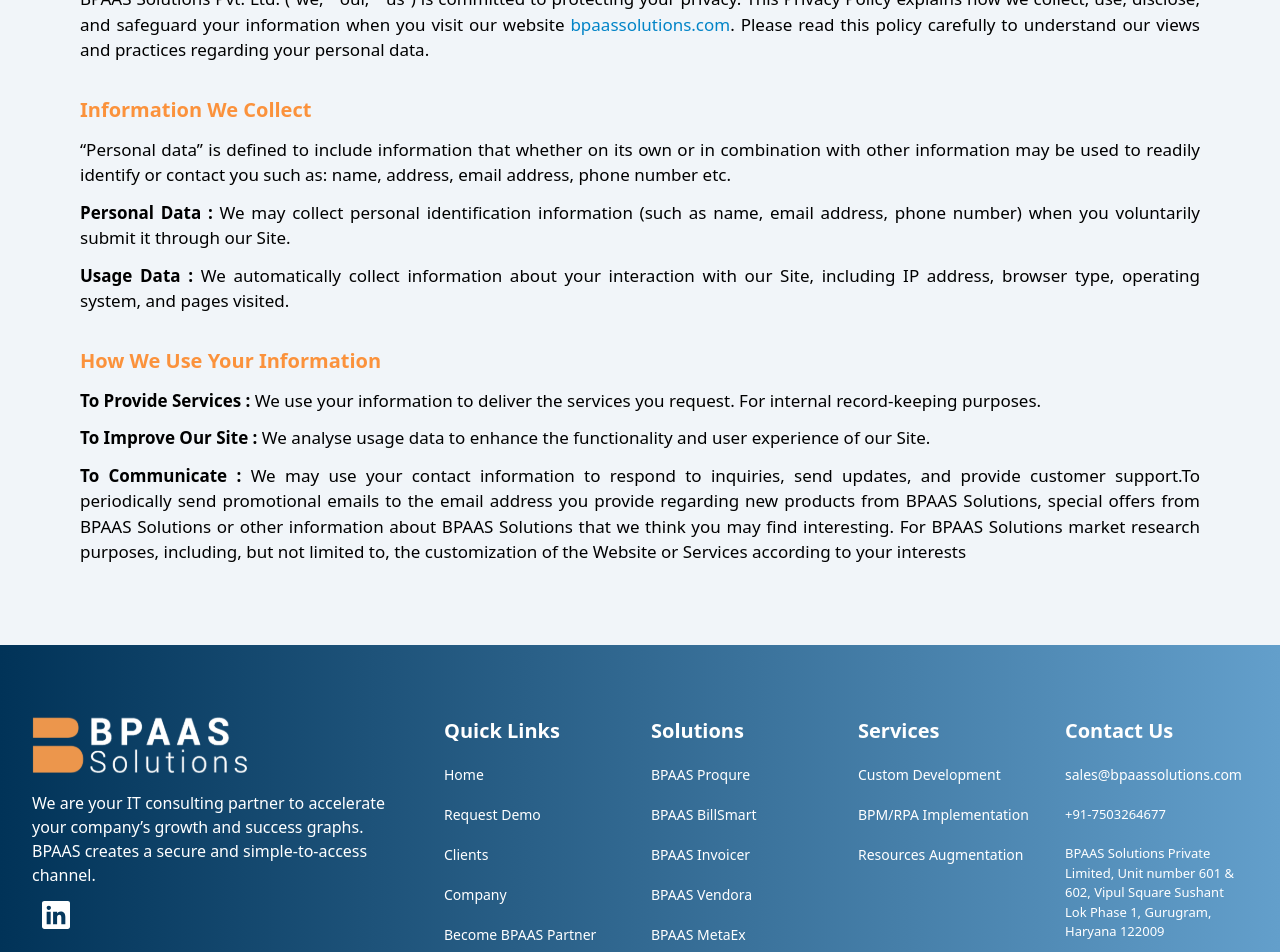
Repository: captainalpha/BP-Website
Page: /services/bp-services
The author's editor kept a copy of each file at every save. The page is drawn from the files as they stood at one save, then again after the next save.
The browser window is 1280 px wide. The pictures show the part of the page from y = 861 to 1813 px (the page is 2053 px tall).
The project was rebuilt for these pictures with package versions that can differ from the ones it lists, and the page was loaded fresh each time. The framework's server and built-in components were replaced by stand-ins that run in the browser. Also part of the build but not shown: next.config.js, components/common/TopBanner.js, components/common/SectionHeader.js.

Above is the page before, as saved 2024-08-13 15:33:18.

### pages/_app.js
import Navbar from "../components/common/Navbar";
import "../styles/globals.css";
import Footer from "../components/common/Footer";

import "swiper/css";
import "swiper/css/navigation";
import "swiper/css/pagination";



import { motion, AnimatePresence } from "framer-motion";
import CookiesMain from "../components/common/CookiesMain";

// import styles from './slider.module.scss'
function MyApp({ Component, pageProps, router }) {
  const spring = {
    type: "spring",
    damping: 20,
    stiffness: 100,
    when: "afterChildren",
  };
  return (
    <>
      <div className="z-50 scroll-smooth">
        <Navbar />
      </div>
      <AnimatePresence>
        <div className="page-transition-wrapper">
          <motion.div
            transition={spring}
            key={router.pathname}
            initial={{ y: -300, opacity: 0 }}
            animate={{ y: 0, opacity: 1 }}
            exit={{ y: 300, opacity: 0 }}
            id="page-transition-container"
          >
            <Component {...pageProps} /> <Footer />{" "}
            <CookiesMain/>
          </motion.div>
        </div>
      </AnimatePresence>
    </>
  );
}

export default MyApp;

### pages/services/bp-services.js
import TopBanner from "../../components/common/TopBanner";
import SectionHeader from "../../components/common/SectionHeader";
import TopBanner2 from "../../components/common/TopBanner2";
import Image from "next/image";
import Link from "next/link";

function BpServices() {
  return (
    <div>
      <div className="relative">
        <TopBanner2
          image={"/images/policy-service2.jpg"}
          title="Privacy Policy"
          discription="This Privacy Policy explains how we collect, use, disclose, and safeguard your information when you visit our website."
          btnShow={false}
        />
        <div className="absolute top-[1em] right-[10em]">
          <Image
            src="/images/privacypolicy2.png"
            className="w-1/2 mx-auto"
            width="500"
            height="500"
            alt="customer-developement"
          />
        </div>
      </div>

      <div className=" bg-slate-100  p-[5em]">
        <div className="container mx-auto max-w-6xl">
          <div className="text-left">
            <h1 className="lg:text-4xl text-3xl font-bold capitalize ">
              <span>Privacy</span>{" "}
              <span className="text-[#fb923c]">Statement</span>
            </h1>
          </div>
          <div className="mt-5">
            <p className="text-[17px] text-justify">
              Effective Date: 12th Aug 2024 <br />
              <br /> BPAAS Solutions Pvt. Ltd. (&ldquo;we,&rdquo;
              &ldquo;our,&rdquo; &ldquo;us&rdquo;) is committed to protecting
              your privacy. This Privacy Policy explains how we collect, use,
              disclose, and safeguard your information when you visit our
              website&nbsp;
              <Link passHref href="/">
                <a className="text-sky-600 hover:text-[#fb923c]">
                  bpaassolutions.com
                </a>
              </Link>
              . Please read this policy carefully to understand our views and
              practices regarding your personal data.
            </p>
          </div>
          <div className="mt-[2em]">
            <h1 className="text-[20px] font-bold text-[#fb923c]">
              Information We Collect
            </h1>
            <p className="text-[17px] text-justify mt-3">
              &ldquo;Personal data&rdquo; is defined to include information that
              whether on its own or in combination with other information may be
              used to readily identify or contact you such as: name, address,
              email address, phone number etc.
            </p>
            <p className="text-[17px] text-justify mt-3">
              <b>Personal Data :</b> We may collect personal identification
              information (such as name, email address, phone number) when you
              voluntarily submit it through our Site.
            </p>
            <p className="text-[17px] text-justify mt-3">
              <b>Usage Data :</b> We automatically collect information about
              your interaction with our Site, including IP address, browser
              type, operating system, and pages visited.
            </p>
          </div>

          <div className="mt-[2em]">
            <h1 className="text-[20px] font-bold text-[#fb923c]">
              How We Use Your Information
            </h1>
            <p className="text-[17px] text-justify mt-3">
              <b>To Provide Services :</b> We use your information to deliver
              the services you request. For internal record-keeping purposes.
            </p>
            <p className="text-[17px] text-justify mt-3">
              <b>To Improve Our Site :</b> We analyse usage data to enhance the
              functionality and user experience of our Site.
            </p>
            <p className="text-[17px] text-justify mt-3">
              <b>To Communicate :</b> We may use your contact information to
              respond to inquiries, send updates, and provide customer
              support.To periodically send promotional emails to the email
              address you provide regarding new products from BPAAS Solutions,
              special offers from BPAAS Solutions or other information about
              BPAAS Solutions that we think you may find interesting. For BPAAS
              Solutions market research purposes, including, but not limited to,
              the customization of the Website or Services according to your
              interests
            </p>
          </div>
        </div>
      </div>
    </div>
  );
}

export default BpServices;

### styles/globals.css
@tailwind base;
@tailwind components;
@tailwind utilities;

.mySwiper {
  padding: 0 3rem;
}
.swiper-button-next {
  color: white;
  font-size: 20px !important;
}
.swiper-button-prev {
  color: white;
  font-size: 20px !important;
}
.swiper-button-prev:after {
  color: white;
  font-size: 20px !important;
}
.swiper-button-next:after {
  color: white;
  font-size: 20px !important;
}
.container-bpaas{
  max-width: 1100px;
}

/* .swiper-button-prev {

  background-image: url("data:[embedded picture, 251 characters]");
} */
.swiper-button-prev:after {

  border: 2px solid white;
  border-radius: 30%;
  /* width: 25%; */
  background: #ec964c;
  padding: 20%;
}
/* .swiper-button-next {
  background-image: url("data:[embedded picture, 251 characters]");
} */
.swiper-button-next:after {

  border: 2px solid white;
  border-radius: 30%;
  /* width: 25%; */
  background: #ec964c;
  padding: 20%;
}

@media only screen and (max-width: 600px) {
  .swiper-button-next:after {
    display: none;
  }
}
@media only screen and (max-width: 600px) {
  .swiper-button-prev:after {
    display: none;
  }
}




/*OEM Modal */
@layer utilities {
  @keyframes modalOpen {
    0% {
      clip-path: polygon(0 0, 0 0, 0 100%, 0 100%);
      opacity: 0;
    }
    100% {
      clip-path: polygon(0 0, 100% 0, 100% 100%, 0 100%);
      opacity: 1;
    }
  }

  @keyframes modalClose {
    0% {
      clip-path: polygon(0 0, 100% 0, 100% 100%, 0 100%);
      opacity: 1;
    }
    100% {
      clip-path: polygon(50% 0, 50% 0, 50% 100%, 50% 100%);
      opacity: 0;
    }
  }

  .animate-modalOpen {
    animation: modalOpen 0.5s forwards;
  }

  .animate-modalClose {
    animation: modalClose 0.5s forwards;
  }

  .custom-aspect-ratio {
    box-shadow: rgba(149, 157, 165, 0.2) 0px 8px 24px;
    aspect-ratio: 3 / 2;
  }
}

### components/common/Footer.js
import Image from "next/image";
import Link from "next/link";

export default function Footer() {
  return (
    <footer className=" bg-gradient-to-r from-primary to-secondary text-white p-5 md:p-8">
      <div className="  py-10 ">
        <div className="lg:grid lg:grid-cols-9 gap-5">
          <div className="w-full  lg:col-span-3">
            <div className=" space-y-3">
              <div className="">
                <Image
                  alt=""
                  src={require("../../assets/bpass-logo-white.svg")}
                />
              </div>

              <p className="max-w-sm mt-4 ">
                We are your IT consulting partner to accelerate your company’s
                growth and success graphs. BPAAS creates a secure and
                simple-to-access channel.
              </p>

              <div className="flex mt-4 ">
                <a
                  href="https://www.linkedin.com/company/bpaas-solutions-pvt-ltd/"
                  className="mx-2 "
                  aria-label="Linkden"
                >
                  <svg className="w-8 h-8 fill-current" viewBox="0 0 512 512">
                    <path d="M444.17,32H70.28C49.85,32,32,46.7,32,66.89V441.61C32,461.91,49.85,480,70.28,480H444.06C464.6,480,480,461.79,480,441.61V66.89C480.12,46.7,464.6,32,444.17,32ZM170.87,405.43H106.69V205.88h64.18ZM141,175.54h-.46c-20.54,0-33.84-15.29-33.84-34.43,0-19.49,13.65-34.42,34.65-34.42s33.85,14.82,34.31,34.42C175.65,160.25,162.35,175.54,141,175.54ZM405.43,405.43H341.25V296.32c0-26.14-9.34-44-32.56-44-17.74,0-28.24,12-32.91,23.69-1.75,4.2-2.22,9.92-2.22,15.76V405.43H209.38V205.88h64.18v27.77c9.34-13.3,23.93-32.44,57.88-32.44,42.13,0,74,27.77,74,87.64Z" />
                  </svg>
                </a>

                {/* <a href="/contact-us" className="mx-2 " aria-label="Facebook">
                  <svg className="w-4 h-4 fill-current" viewBox="0 0 512 512">
                    <path d="M455.27,32H56.73A24.74,24.74,0,0,0,32,56.73V455.27A24.74,24.74,0,0,0,56.73,480H256V304H202.45V240H256V189c0-57.86,40.13-89.36,91.82-89.36,24.73,0,51.33,1.86,57.51,2.68v60.43H364.15c-28.12,0-33.48,13.3-33.48,32.9V240h67l-8.75,64H330.67V480h124.6A24.74,24.74,0,0,0,480,455.27V56.73A24.74,24.74,0,0,0,455.27,32Z" />
                  </svg>
                </a>

                <a href="/contact-us" className="mx-2 " aria-label="Twitter">
                  <svg className="w-4 h-4 fill-current" viewBox="0 0 512 512">
                    <path d="M496,109.5a201.8,201.8,0,0,1-56.55,15.3,97.51,97.51,0,0,0,43.33-53.6,197.74,197.74,0,0,1-62.56,23.5A99.14,99.14,0,0,0,348.31,64c-54.42,0-98.46,43.4-98.46,96.9a93.21,93.21,0,0,0,2.54,22.1,280.7,280.7,0,0,1-203-101.3A95.69,95.69,0,0,0,36,130.4C36,164,53.53,193.7,80,211.1A97.5,97.5,0,0,1,35.22,199v1.2c0,47,34,86.1,79,95a100.76,100.76,0,0,1-25.94,3.4,94.38,94.38,0,0,1-18.51-1.8c12.51,38.5,48.92,66.5,92.05,67.3A199.59,199.59,0,0,1,39.5,405.6,203,203,0,0,1,16,404.2,278.68,278.68,0,0,0,166.74,448c181.36,0,280.44-147.7,280.44-275.8,0-4.2-.11-8.4-.31-12.5A198.48,198.48,0,0,0,496,109.5Z" />
                  </svg>
                </a> */}
              </div>
            </div>
          </div>

          <div className="mt-6 lg:mt-0 lg:flex-1 lg:col-span-6">
            <div className="grid grid-cols-2 gap-6 sm:grid-cols-3 md:grid-cols-4">
              <div className="space-y-5">
                <h3 className="text-xl font-bold ">Quick Links</h3>
                <Link passHref href="/">
                  <a className="block  text-sm  hover:underline hover:text-orange">
                    Home
                  </a>
                </Link>

                <Link passHref href="/request-demo">
                  <a className="block  text-sm  hover:underline hover:text-orange">
                    Request Demo
                  </a>
                </Link>
                <Link passHref href="/clients">
                  <a className="block  text-sm  hover:underline hover:text-orange">
                    Clients
                  </a>
                </Link>
                <Link passHref href="/about-us">
                  <a className="block  text-sm  hover:underline hover:text-orange">
                    Company
                  </a>
                </Link>
                <Link passHref href="/become-partner">
                  <a className="block  text-sm  hover:underline hover:text-orange">
                    Become BPAAS Partner
                  </a>
                </Link>
                <Link passHref href="/contact-us">
                  <a className="block  text-sm  hover:underline hover:text-orange">
                    Contact Us
                  </a>
                </Link>
              </div>

              <div className="space-y-5">
                <h3 className="text-xl font-bold">Solutions</h3>
                <Link passHref href="/solutions/bpaas-proqure">
                  <a className="block  text-sm  hover:underline hover:text-orange">
                    BPAAS Proqure
                  </a>
                </Link>
                <Link passHref href="/solutions/bpaas-billsmart">
                  <a className="block  text-sm  hover:underline hover:text-orange">
                    BPAAS BillSmart
                  </a>
                </Link>
                <Link passHref href="/solutions/bpaas-invoicer">
                  <a className="block  text-sm  hover:underline hover:text-orange">
                    BPAAS Invoicer
                  </a>
                </Link>
                <Link passHref href="/solutions/bpaas-vendora">
                  <a className="block  text-sm  hover:underline hover:text-orange">
                    BPAAS Vendora
                  </a>
                </Link>
                {/* <Link passHref href="/solutions/bpaas-smartex">
                  <a className="block  text-sm  hover:underline hover:text-orange">
                    BPAAS SmartEx
                  </a>
                </Link> */}
                <a
                  className="block  text-sm  hover:underline hover:text-orange"
                  href="https://metasolve.io/"
                  target="_blank"
                  rel="noreferrer"
                >
                  BPAAS MetaEx
                </a>
                <Link passHref href="/solutions/bpaas-pospro">
                  <a className="block  text-sm  hover:underline hover:text-orange">
                    BPAAS PosPro
                  </a>
                </Link>
              </div>

              <div className="space-y-5">
                <h3 className=" text-xl font-bold  ">Services</h3>

                <Link passHref href="/services/custom-development">
                  <a className="block  text-sm  hover:underline hover:text-orange">
                    Custom Development
                  </a>
                </Link>
                <Link passHref href="/services/bpm-rpa-implementation">
                  <a className="block  text-sm  hover:underline hover:text-orange">
                    BPM/RPA Implementation
                  </a>
                </Link>
                <Link passHref href="/services/resource-augmentation">
                  <a className="block  text-sm  hover:underline hover:text-orange">
                    Resources Augmentation
                  </a>
                </Link>
              </div>

              <div className="space-y-5">
                <h3 className=" text-xl font-bold ">Contact Us</h3>
                {/* <span className="block  text-sm  hover:underline hover:text-orange">
                  abhishek.kumar@bpaassolutions.com
                </span> */}
                <span className="block  text-sm  hover:underline hover:text-orange">
                  sales@bpaassolutions.com
                </span>
                <span className="block  text-[13px]  hover:underline hover:text-orange">
                  +91-7503264677
                </span>
                <span className="block  text-[13px]  hover:underline hover:text-orange">
                  BPAAS Solutions Private Limited, Unit number 601 & 602, Vipul
                  Square Sushant Lok Phase 1, Gurugram, Haryana 122009
                </span>
                <input
                  className="block p-1 outline-none border text-black w-full"
                  placeholder="Enter Email...."
                />
                <button className="text-sm bg-orange px-2 py-1 w-full">
                  Submit
                </button>
              </div>
            </div>
          </div>
        </div>
      </div>
      <hr className="h-1 w-full my-6 bg-gray-300 border-none " />

      <div className="flex justify-between">
        <div>
          <p className="text-center text-white">
            Copyright © 2024 BPAAS Solutions Pvt. Ltd. | All Rights Reserved
          </p>
        </div>
        <div>
          <Link passHref href="/services/bp-services">
            <a className="block  text-sm  hover:underline hover:text-orange">
            Privacy Policy
            </a>
          </Link>
        </div>
      </div>
    </footer>
  );
}

### components/common/CookiesMain.js
import { useState, useEffect } from 'react';
import Cookies from 'js-cookie';


const CookiesMain = () => {
    const [showBanner, setShowBanner] = useState(false);

  useEffect(() => {
    const consent = Cookies.get('cookie-consent');
    if (!consent) {
      setShowBanner(true);
    }
  }, []);

  const acceptCookies = () => {
    Cookies.set('cookie-consent', 'true', { expires: 365 });
    setShowBanner(false);
  };

  if (!showBanner) return null;
  return (
    <>

    <div className="fixed bottom-0 left-0 right-0 bg-gray-800 text-white p-4 flex justify-between items-center z-50">
      <span>We use cookies to improve your experience. By using our website, you agree to our cookie policy.</span>
      <button
        onClick={acceptCookies}
        className="bg-orange text-white px-4 md:px-10 py-2"
      >
        Accept
      </button>
    </div>

    </>
  )
}
export default CookiesMain

### components/common/TopBanner2.js
import Link from "next/link";
function TopBanner2({ image, title, discription, onClick,btnShow}) {
  return (
    <div
      style={{ backgroundImage: `url(${image})` }}
      className={`lg:h-[80vh] h-[60vh] mt-20 w-full text-white flex p-10 items-center bg-no-repeat bg-cover `}
    >
      <div className="space-y-4 lg:w-1/2  md:text-left">
        <h1 className="lg:text-5xl text-3xl font-bold capitalize ">{title}</h1>
        <p className="w-full lg:text-xl lg:text-justify tracking-tighter">
          {discription}
        </p>
    {btnShow&&(
        <Link passHref href="/request-demo">
          <button className="px-8 py-2  border-white border-2 hover:bg-orange font-medium text-xl">
            Request Demo
          </button>
        </Link>
    )}
      </div>
    </div>
  );
}

export default TopBanner2;

### tailwind.config.js
module.exports = {
  content: [
    "./pages/**/*.{js,ts,jsx,tsx}",
    "./components/**/*.{js,ts,jsx,tsx}",
  ],
  theme: {
    extend: {
      keyframes: {
        modalOpen: {
          '0%': { transform: 'scale(0)', opacity: 0 },
          '100%': { transform: 'scale(1)', opacity: 1 },
        },
        modalClose: {
          '0%': { transform: 'scale(1)', opacity: 1 },

        },
        fragmentIn: {
          '0%': { opacity: 0, transform: 'translate(-50px, -50px)' },
          '100%': { opacity: 1, transform: 'translate(0, 0)' },
        },
        fragmentOut: {
          '0%': { opacity: 1, transform: 'translate(0, 0)' },
          '100%': { opacity: 0, transform: 'translate(50px, 50px)' },
        },

      },
      animation: {
        modalOpen: 'modalOpen 0.5s ease-out forwards',
        modalClose: 'modalClose 0.5s ease-in forwards',
        fragmentIn: 'fragmentIn 0.5s ease-out forwards',
        fragmentOut: 'fragmentOut 0.5s ease-in forwards',
      },
      backgroundImage: {
        "testimonial-bg": "url('/img/hero-pattern.svg')",
        "testimonial-bgs": "url('/')",
      },
      colors: {
        primary: "#013358",
        secondary: "#639FCB",
        primaryText: "#1D669C",
        orange: "#EC964C",
        glassEffect:
          "linear-gradient(105.47deg, #FFFFFF -13.63%, rgba(255, 255, 255, 0) 108.8%)",
      },
      backgroundSize: {
        "size-200": "200% 200%",
      },
      backgroundPosition: {
        "pos-0": "0% 0%",
        "pos-100": "100% 100%",
      },
    },
    variants: {
      fill: ["hover", "focus"],
    },
    boxShadow: {
      "3xl": "0 35px 60px -15px rgba(0, 0, 0, 0.3)",
    },
  },
  plugins: [],
};

Loaded but not shown: components/common/Navbar.js (726 lines, source omitted)

After the next save:
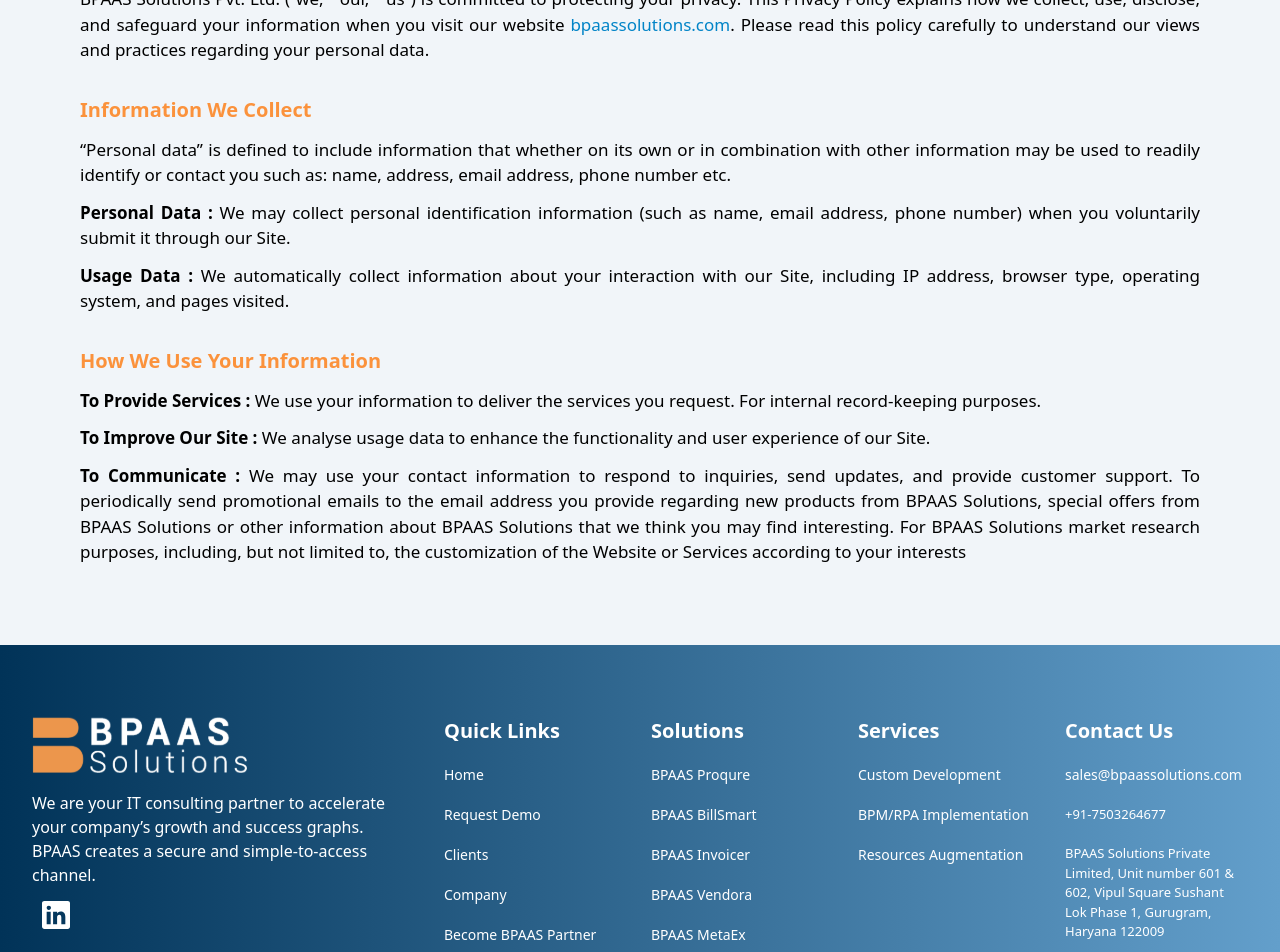
Saved 65 s later.
--- a/pages/services/bp-services.js
+++ b/pages/services/bp-services.js
@@ -87,7 +87,7 @@
             <p className="text-[17px] text-justify mt-3">
               <b>To Communicate :</b> We may use your contact information to
               respond to inquiries, send updates, and provide customer
-              support.To periodically send promotional emails to the email
+              support. To periodically send promotional emails to the email
               address you provide regarding new products from BPAAS Solutions,
               special offers from BPAAS Solutions or other information about
               BPAAS Solutions that we think you may find interesting. For BPAAS
